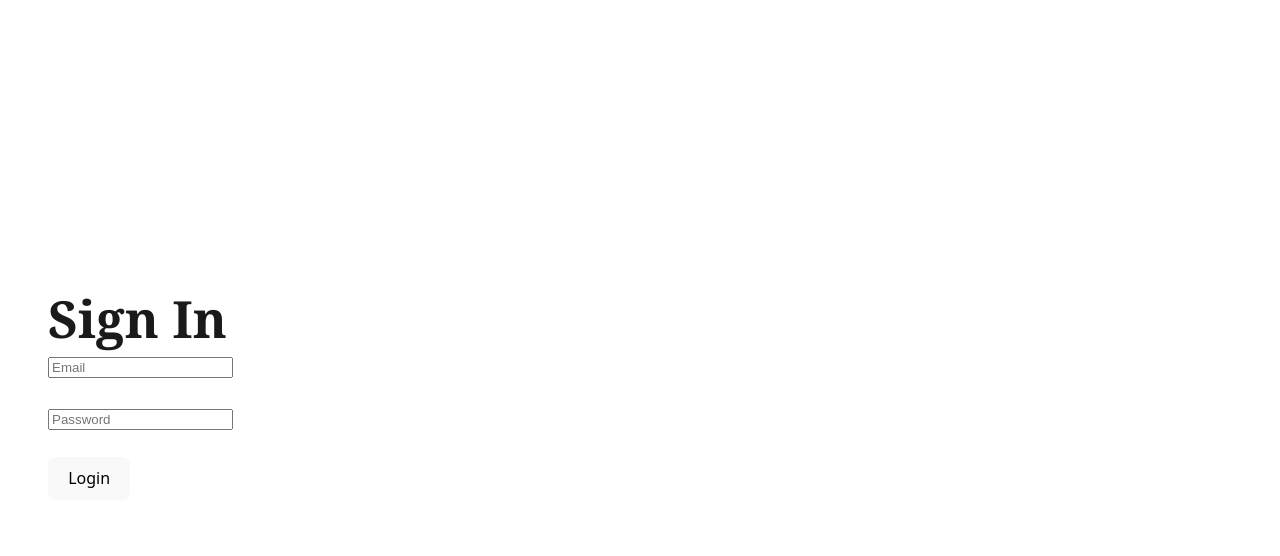
Repository: rozhinasaberi/MyPortfolio
Page: /login (app in client/)
An editor plug-in stored every save of this project. The page is shown before and after the next save, followed by the edit.
The browser window is 1280 px wide. The pictures show the whole page.
The project was rebuilt for these pictures with package versions that can differ from the ones it lists, and the page was loaded fresh each time. Also part of the build but not shown: client/src/signup.jsx, client/src/CustomerDashboard.jsx, client/src/App.jsx.

Above is the page before, as saved 2025-12-01 07:14:01.

After the next save:
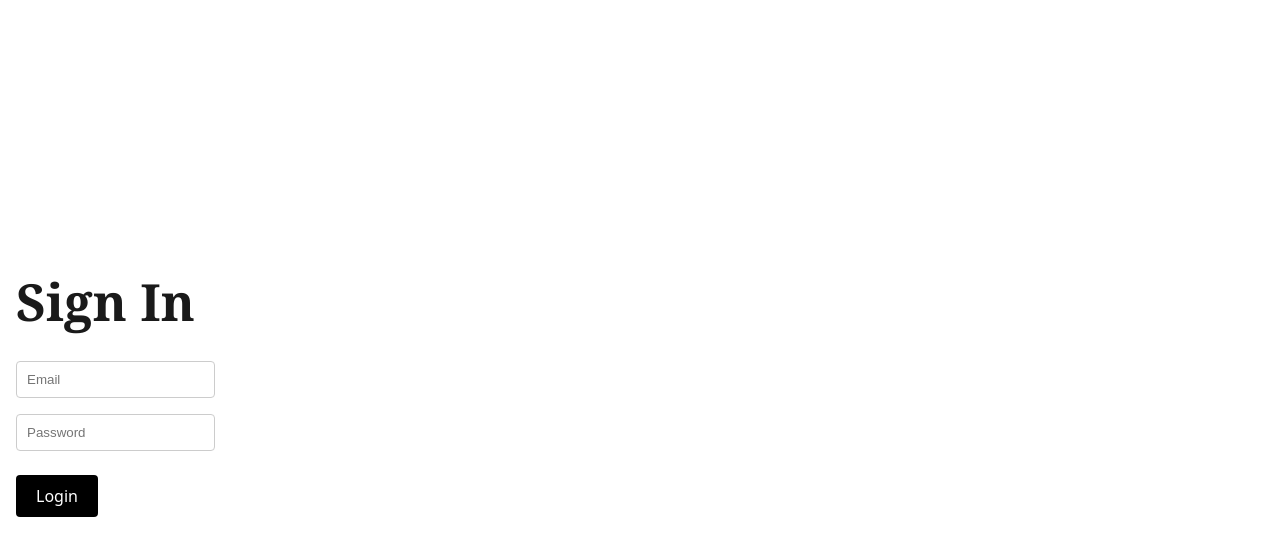
Saved 2 min 55 s later.
--- a/client/src/Login.jsx
+++ b/client/src/Login.jsx
@@ -1,3 +1,4 @@
+// client/src/Login.jsx
 import React, { useState } from "react";
 
 export default function Login({ onSuccess, setRole }) {
@@ -7,6 +8,7 @@ export default function Login({ onSuccess, setRole }) {
 
   const handleLogin = async (e) => {
     e.preventDefault();
+    setMessage("");
 
     try {
       const res = await fetch("http://localhost:3000/auth/signin", {
@@ -16,48 +18,95 @@ export default function Login({ onSuccess, setRole }) {
       });
 
       const data = await res.json();
+      console.log("LOGIN RESPONSE:", data);
 
-      if (res.ok) {
-        setMessage("Login successful!");
-        localStorage.setItem("user", JSON.stringify(data.user));
+      if (!res.ok) {
+        setMessage(data.error || "Invalid credentials");
+        return;
+      }
 
-        if (setRole) {
-          setRole(data.user.role);
-          localStorage.setItem("role", data.user.role);
-        }
+      // success
+      const user = data.user;
+      setMessage("Login successful!");
 
-        if (onSuccess) onSuccess(data.user);
-      } else {
-        setMessage(data.error || "Login failed.");
+      // save user in localStorage (for dashboard etc.)
+      if (user) {
+        localStorage.setItem("user", JSON.stringify(user));
+      }
+
+      // set role if parent passed setter
+      if (setRole && user && user.role) {
+        setRole(user.role);
+        localStorage.setItem("role", user.role);
+      }
+
+      // tell parent (App.jsx) login worked
+      if (onSuccess && user) {
+        onSuccess(user);
       }
     } catch (err) {
-      console.error(err);
-      setMessage("Server error.");
+      console.error("LOGIN ERROR:", err);
+      setMessage("Server error, please try again.");
     }
   };
 
   return (
-    <div style={{ padding: "3rem" }}>
-      <h1>Sign In</h1>
+    <div style={{ padding: "3rem 1rem", maxWidth: "500px", margin: "0 auto" }}>
+      <h1 style={{ marginBottom: "2rem" }}>Sign In</h1>
 
       <form onSubmit={handleLogin}>
-        <input
-          placeholder="Email"
-          value={email}
-          onChange={(e) => setEmail(e.target.value)}
-        /><br/><br/>
+        <div style={{ marginBottom: "1rem" }}>
+          <input
+            type="email"
+            placeholder="Email"
+            value={email}
+            onChange={(e) => setEmail(e.target.value)}
+            style={{
+              width: "100%",
+              padding: "10px",
+              borderRadius: "4px",
+              border: "1px solid #ccc",
+            }}
+            required
+          />
+        </div>
 
-        <input
-          placeholder="Password"
-          type="password"
-          value={password}
-          onChange={(e) => setPassword(e.target.value)}
-        /><br/><br/>
+        <div style={{ marginBottom: "1.5rem" }}>
+          <input
+            type="password"
+            placeholder="Password"
+            value={password}
+            onChange={(e) => setPassword(e.target.value)}
+            style={{
+              width: "100%",
+              padding: "10px",
+              borderRadius: "4px",
+              border: "1px solid #ccc",
+            }}
+            required
+          />
+        </div>
 
-        <button type="submit">Login</button>
+        <button
+          type="submit"
+          style={{
+            background: "black",
+            color: "white",
+            padding: "10px 20px",
+            border: "none",
+            borderRadius: "4px",
+            cursor: "pointer",
+          }}
+        >
+          Login
+        </button>
       </form>
 
-      {message && <p style={{ marginTop: "1rem" }}>{message}</p>}
+      {message && (
+        <p style={{ marginTop: "1rem", color: message.includes("success") ? "green" : "red" }}>
+          {message}
+        </p>
+      )}
     </div>
   );
 }
